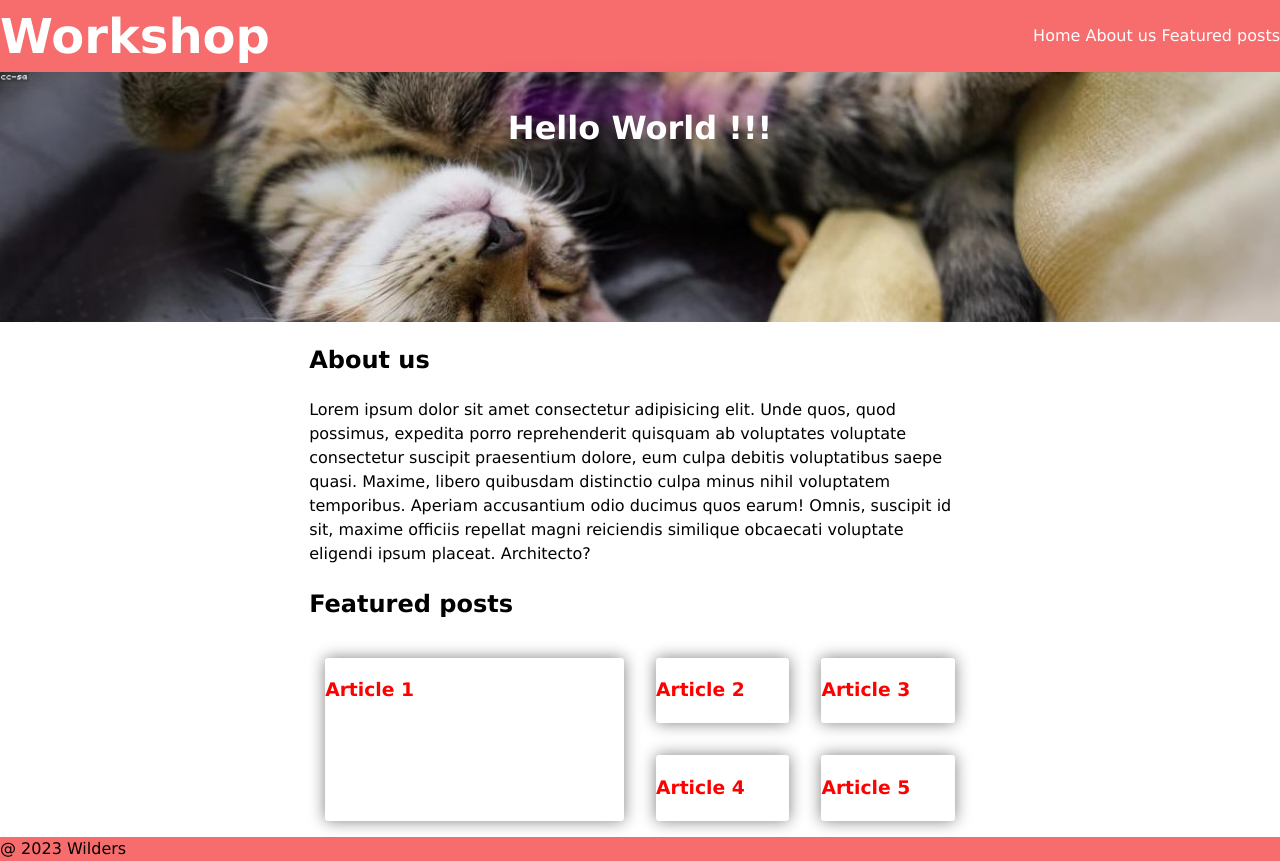
Repository: PPaillard/cssresponsive
Page: index.html
An editor plug-in stored every save of this project. The page is shown before and after the next save, followed by the edit.
The browser window is 1280 px wide. The pictures show the whole page.

Above is the page before, as saved 2023-03-03 15:47:07.

### index.html
<!DOCTYPE html>
<html lang="en">
  <head>
    <meta charset="UTF-8" />
    <meta http-equiv="X-UA-Compatible" content="IE=edge" />
    <meta name="viewport" content="width=device-width, initial-scale=1.0" />
    <title>WorkShop Responsive</title>
    <link rel="stylesheet" href="style.css" />
  </head>
  <body>
    <nav>
      <h2>Workshop</h2>
      <ul>
        <li><a href="#home">Home</a></li>
        <li><a href="#aboutus">About us</a></li>
        <li><a href="#featuredposts">Featured posts</a></li>
      </ul>
    </nav>
    <header>
      <h1>Hello World !!!</h1>
    </header>
    <main>
      <section>
        <h2>About us</h2>
        <p>
          Lorem ipsum dolor sit amet consectetur adipisicing elit. Unde quos,
          quod possimus, expedita porro reprehenderit quisquam ab voluptates
          voluptate consectetur suscipit praesentium dolore, eum culpa debitis
          voluptatibus saepe quasi. Maxime, libero quibusdam distinctio culpa
          minus nihil voluptatem temporibus. Aperiam accusantium odio ducimus
          quos earum! Omnis, suscipit id sit, maxime officiis repellat magni
          reiciendis similique obcaecati voluptate eligendi ipsum placeat.
          Architecto?
        </p>
      </section>
      <section id="featured-posts">
        <h2>Featured posts</h2>
        <div>
          <article><h1>Article 1</h1></article>
          <article><h1>Article 2</h1></article>
          <article><h1>Article 3</h1></article>
          <article><h1>Article 4</h1></article>
          <article><h1>Article 5</h1></article>
        </div>
      </section>
    </main>
    <footer>@ 2023 Wilders</footer>
  </body>
</html>

### style.css
* {
  box-sizing: border-box;
}

body {
  margin: 0;
  line-height: 1.5;
  font-family: Verdana, Geneva, Tahoma, sans-serif;
}

/* Navigation */
nav {
  display: flex;
  justify-content: space-around;
  align-items: center;
  background-color: #f76c6c;
  color: #ffffff;
}

nav > h2 {
  margin: 0;
  font-size: clamp(2rem, 7vw, 3rem);
}

nav ul {
  margin: 0;
  padding: 1rem 0;
}

nav ul li {
  list-style: none;
}

nav ul li a {
  color: white;
  text-decoration: none;
}

/* fin de navigation */
/* header */

header {
  min-height: 250px;
  text-align: center;
  background-image: url("65535_52214085447_ec2bf04bd7_h_1200_300_nofilter.jpg");
  background-repeat: no-repeat;
  background-size: cover;
}
header h1 {
  color: white;
  margin: 0;
  padding-top: 2rem;
}

section {
  margin: 0 auto;
  max-width: 65ch;
}

section article {
  display: inline-block;
  color: red;
  margin: 1rem;
  border-radius: 0.2rem;
  box-shadow: 0 0 1rem grey;
}

#featured-posts > div {
  display: grid;
  grid-template-columns: 1fr 1fr;
}

#featured-posts > div > article:first-of-type {
  grid-column: 1/3;
}

footer {
  background-color: #f76c6c;
}

@media screen and (min-width: 768px) {
  nav {
    justify-content: space-between;
  }
  nav > ul > li {
    display: inline-block;
  }

  #featured-posts > div {
    grid-template-columns: repeat(4, 1fr);
  }

  #featured-posts > div > article:first-of-type {
    grid-row: 1/3;
  }
}

@media screen {
  header > h1 {
    filter: drop-shadow(0 -6mm 4mm rgb(160, 0, 210));
  }
}

After the next save:
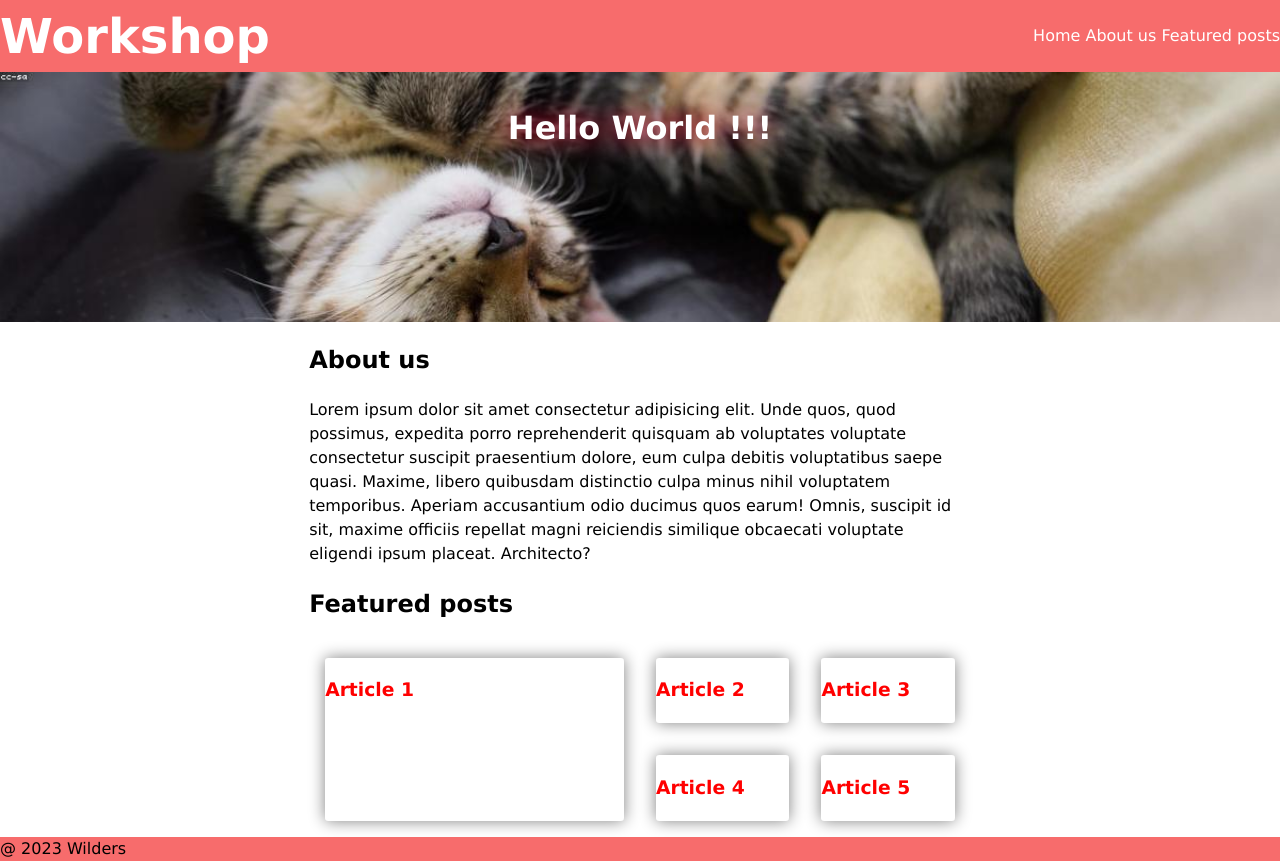
Saved 4 min 29 s later.
--- a/style.css
+++ b/style.css
@@ -97,6 +97,6 @@ footer {
 
 @media screen {
   header > h1 {
-    filter: drop-shadow(0 -6mm 4mm rgb(160, 0, 210));
+    filter: drop-shadow(0 0 0.75rem crimson);
   }
 }
